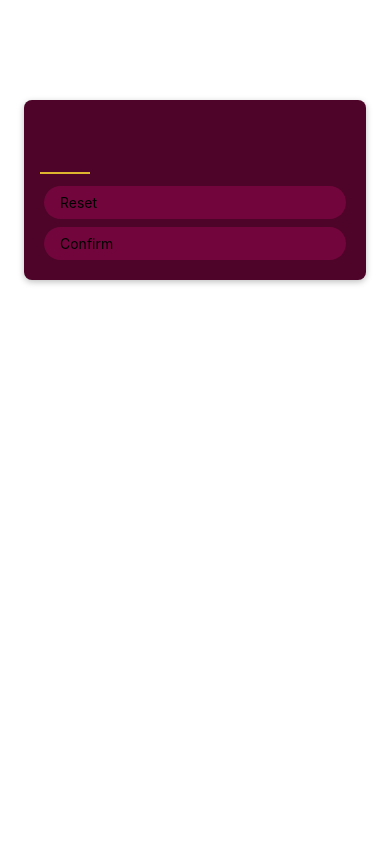
Repository: GarlicButterBoy/Number-Guessing-Game
Screen: /
An editor plug-in stored every save of this project. The screen is shown before and after the next save, followed by the edit.
The app was drawn by React Native's web renderer in a window 390 px wide. The project was rebuilt for these pictures with package versions that can differ from the ones it lists, and the page was loaded fresh each time.

Above is the screen before, as saved 2024-05-03 09:01:39.

### App.js
import { StyleSheet, Text, View } from "react-native";
import StartGameScreen from "./screens/StartGameScreen";

export default function App() {
  return <StartGameScreen />;
}

const styles = StyleSheet.create({
  container: {
    flex: 1,
    backgroundColor: "#fff",
    alignItems: "center",
    justifyContent: "center",
  },
});

### screens/StartGameScreen.js
import { View, TextInput, StyleSheet } from "react-native";
import PrimaryButton from "../components/PrimaryButton";

function StartGameScreen() {
  return (
    <View style={styles.inputContainer}>
      <TextInput
        style={styles.numberInput}
        maxLength={2}
        keyboardType="number-pad"
        autoCapitalize="none"
        autoCorrect={false}
      ></TextInput>
      <PrimaryButton>Reset</PrimaryButton>
      <PrimaryButton>Confirm</PrimaryButton>
    </View>
  );
}

export default StartGameScreen;

const styles = StyleSheet.create({
  inputContainer: {
    padding: 16,
    marginTop: 100,
    marginHorizontal: 24,
    borderRadius: 8,
    backgroundColor: "#4e0329",
    elevation: 6,
    shadowColor: "black",
    shadowOffset: { width: 0, height: 2 },
    shadowRadius: 6,
    shadowOpacity: 0.25,
  },
  numberInput: {
    height: 50,
    width: 50,
    fontSize: 32,
    borderBottomColor: "#ddb52f",
    borderBottomWidth: 2,
    color: "#ddb52f",
    marginVertical: 8,
    fontWeight: "bold",
    textAlign: "center",
  },
});

### components/PrimaryButton.js
import { View, Text, Pressable, StyleSheet } from "react-native";

function PrimaryButton({ children }) {
  function pressHandler() {
    console.log("Pressed!");
  }
  return (
    <Pressable onPress={pressHandler}>
      <View style={styles.buttonContainer}>
        <Text>{children}</Text>
      </View>
    </Pressable>
  );
}

export default PrimaryButton;

const styles = StyleSheet.create({
  buttonContainer: {
    backgroundColor: "#72063c",
    borderRadius: 28,
    paddingVertical: 8,
    paddingHorizontal: 16,
    margin: 4,
    elevation: 2,
    },
    buttonText: {}
});

After the next save:
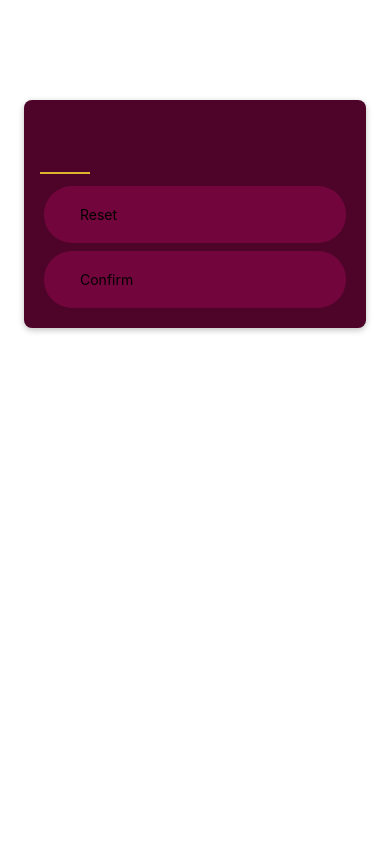
Saved 7 s later.
--- a/components/PrimaryButton.js
+++ b/components/PrimaryButton.js
@@ -7,7 +7,7 @@
   return (
     <Pressable onPress={pressHandler}>
       <View style={styles.buttonContainer}>
-        <Text>{children}</Text>
+        <Text style={styles.buttonContainer}>{children}</Text>
       </View>
     </Pressable>
   );

After the save that followed:
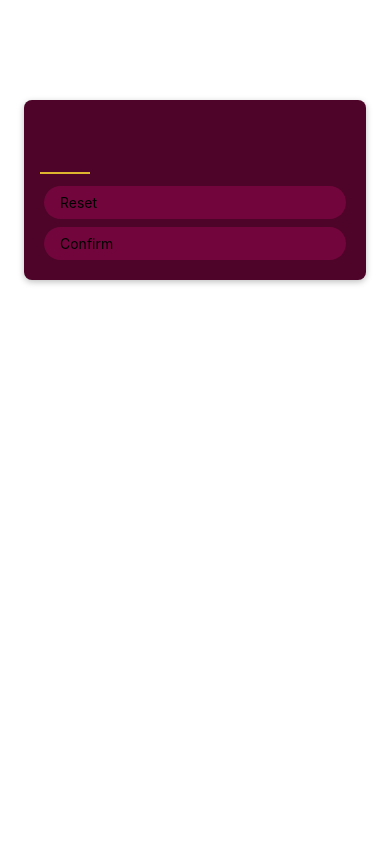
Saved 6 s later.
--- a/components/PrimaryButton.js
+++ b/components/PrimaryButton.js
@@ -7,7 +7,7 @@
   return (
     <Pressable onPress={pressHandler}>
       <View style={styles.buttonContainer}>
-        <Text style={styles.buttonContainer}>{children}</Text>
+        <Text style={styles.buttonText}>{children}</Text>
       </View>
     </Pressable>
   );
@@ -23,6 +23,6 @@
     paddingHorizontal: 16,
     margin: 4,
     elevation: 2,
-    },
-    buttonText: {}
+  },
+  buttonText: {},
 });
